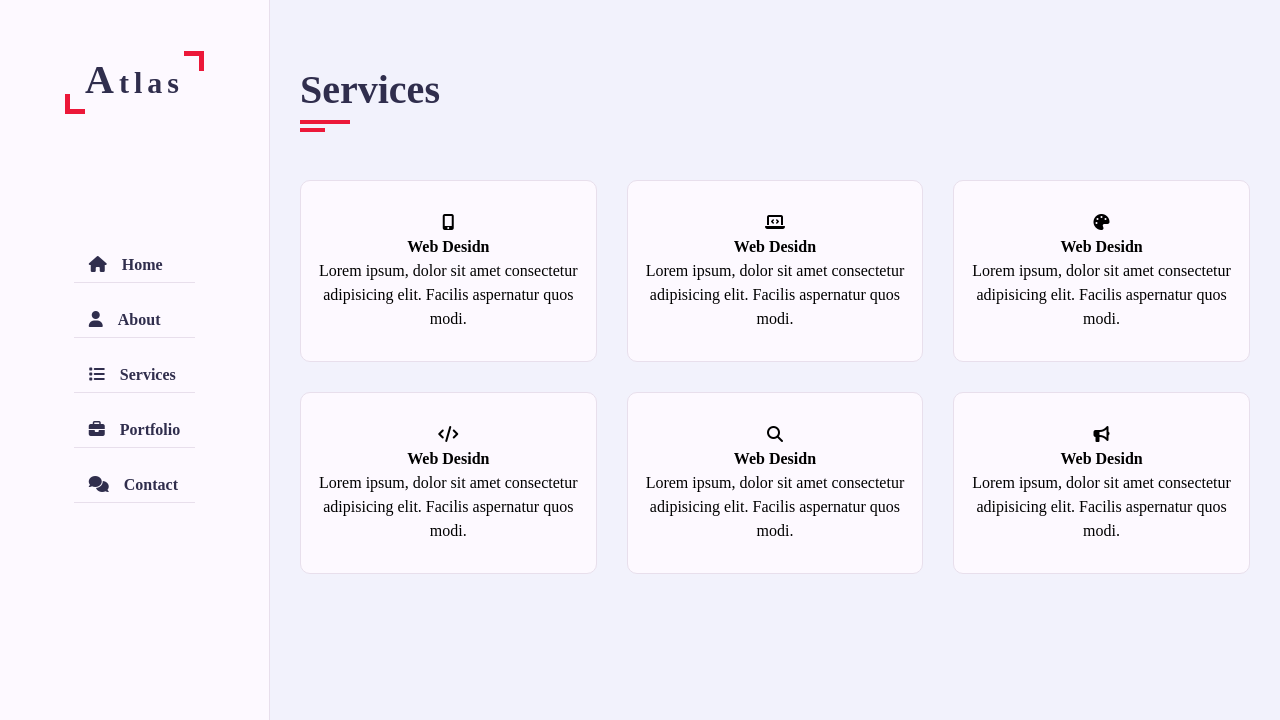
Repository: luanhoang0902/portfolio-ui
Page: index.html
An editor plug-in stored every save of this project. The page is shown before and after the next save, followed by the edit.
The browser window is 1280 px wide. The pictures show the whole page.
Some web fonts or font styles are not loaded; a fallback is used. Some web libraries are served in a nearby version.

Above is the page before, as saved 2022-06-03 11:26:34.

After the next save:
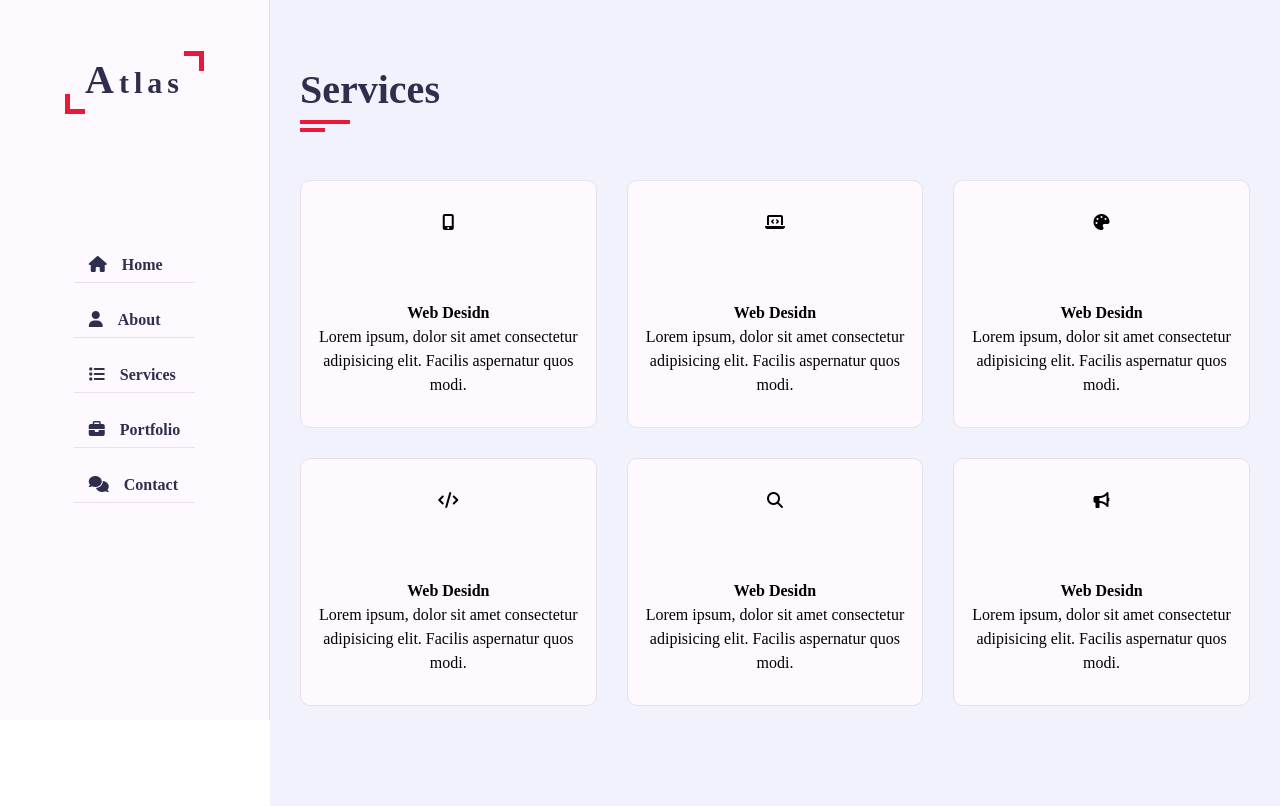
Saved 61 s later.
--- a/css/style.css
+++ b/css/style.css
@@ -561,5 +561,10 @@
 }
 .service .service-item .service-item-inner .icon
 {
-
-}
+    height: 60px;
+    width: 60px;
+    border-radius: 50%;
+    display: block;
+    margin: 0 auto 30px;
+    text-align: center;
+}
